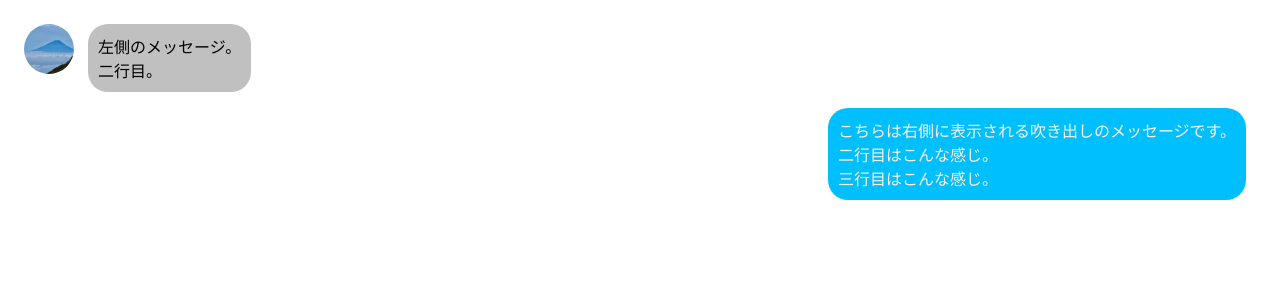
Repository: yuukiabc/samurai_PHP
Page: lesson/0918.html
The author's editor kept a record of every edit. The page is drawn from the files as they stood at one moment, then again after the next edit.
The browser window is 1280 px wide. The pictures show the whole page.

Above is the page before.

After the next edit:
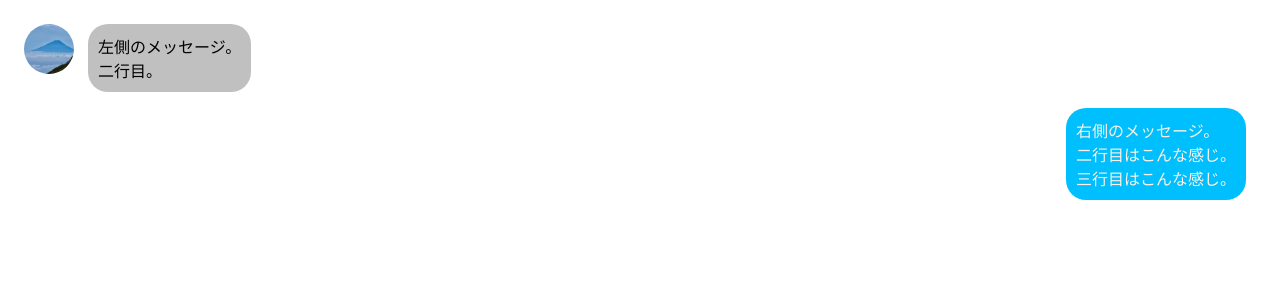
The edit:
--- a/lesson/0918.html
+++ b/lesson/0918.html
@@ -10,7 +10,7 @@
 		<p>左側のメッセージ。<br>二行目。</p>
 	</div>
 	<div class="talk_right">
-		<p>こちらは右側に表示される吹き出しのメッセージです。<br>二行目はこんな感じ。<br>三行目はこんな感じ。</p>
+		<p>右側のメッセージ。<br>二行目はこんな感じ。<br>三行目はこんな感じ。</p>
 	</div>
 </div>
     </body>
